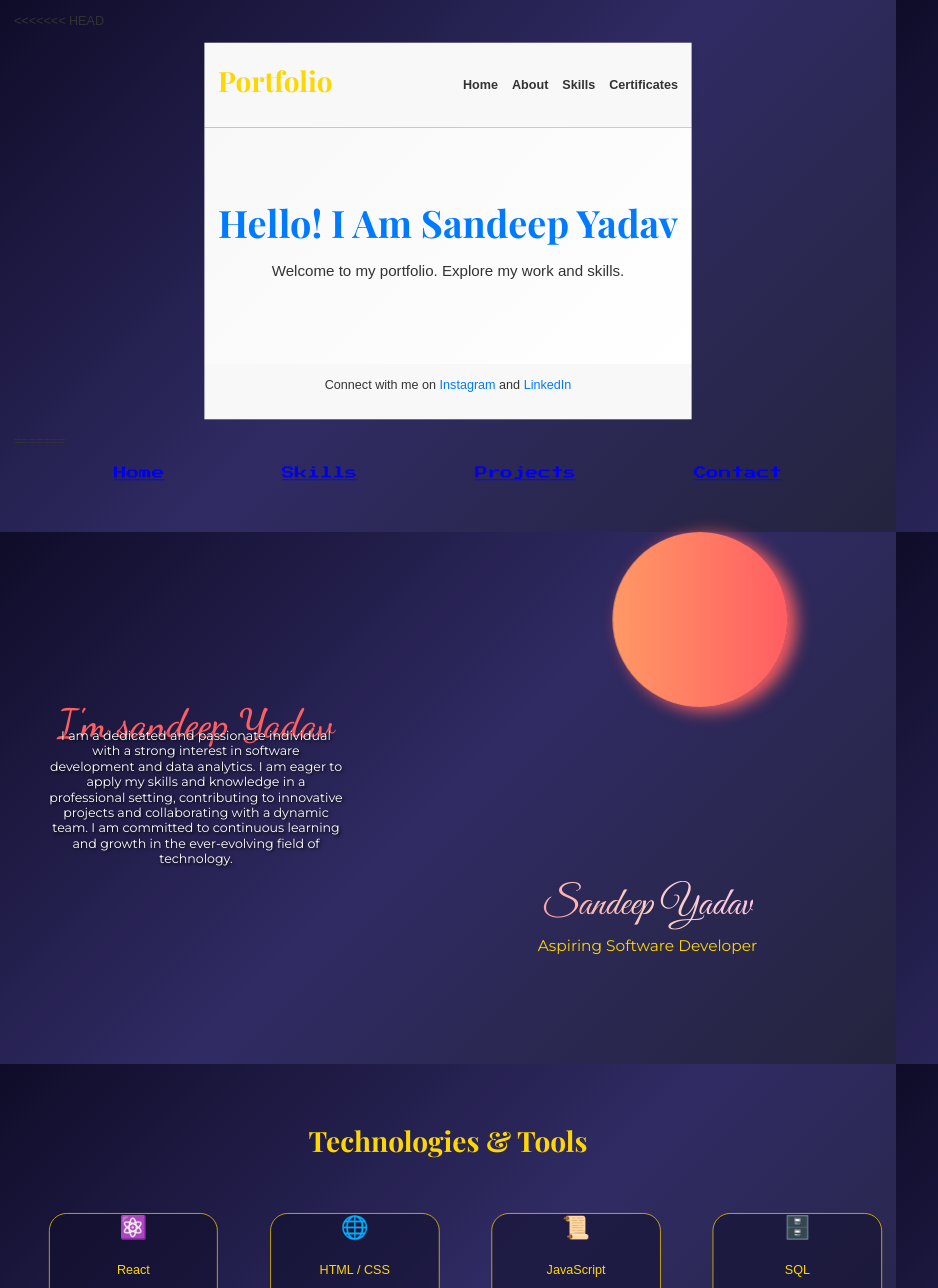
Repository: SandeepYadav18717/Sandeep_portfolio
Page: /
The author's editor kept a copy of each file at every save. The page is drawn from the files as they stood at one save, then again after the next save.
The browser window is 1280 px wide. The page is 1340 px wide, then 1280 px, so the pictures cover 1340 px, including what lies to the right of the window. The pictures show the part of the page from y = 0 to 1840 px (the page is 4451 px tall before and 1725 px after), at 70% of full size.
The project was rebuilt for these pictures with package versions that can differ from the ones it lists, and the page was loaded fresh each time. Also part of the build but not shown: vite.config.js, src/index.css, src/App.css.

Above is the page before, as saved 2025-09-01 13:01:47.

### index.html
<<<<<<< HEAD
 <!DOCTYPE html>
<html lang="en">
<head>
    <meta charset="UTF-8">
    <meta name="viewport" content="width=device-width, initial-scale=1.0">
    <title>Portfolio - Sandeep Yadav</title>
    <style>
        body {
            margin: 0;
            font-family: 'Arial', sans-serif;
            background-color: #ffffff;
            color: #333333;
            height: 100vh;
            display: flex;
            flex-direction: column;
            justify-content: space-between;
        }

        .container {
            max-width: 1200px;
            margin: 0 auto;
            padding: 20px;
            flex: 1;
        }

        .navbar {
            display: flex;
            justify-content: space-between;
            align-items: center;
            padding: 20px;
            background-color: #f8f8f8;
            box-shadow: 0 4px 8px rgba(0, 0, 0, 0.1);
            animation: slideIn 1s ease-out;
        }

        .navbar ul {
            list-style: none;
            display: flex;
            gap: 20px;
        }

        .navbar ul li {
            display: inline;
        }

        .navbar ul li a {
            color: #333333;
            text-decoration: none;
            font-weight: bold;
            transition: color 0.3s;
        }

        .navbar ul li a:hover {
            color: #007bff;
        }

        .hero {
            text-align: center;
            padding: 100px 20px;
            background: linear-gradient(135deg, #f8f8f8, #ffffff);
            animation: fadeIn 2s ease-in-out;
            flex: 1;
        }

        .hero h1 {
            font-size: 3em;
            margin: 0;
            color: #007bff;
            animation: bounceIn 1.5s ease-in-out;
        }

        .hero p {
            font-size: 1.2em;
            margin: 20px 0;
            color: #333333;
            animation: fadeIn 2s ease-in-out;
        }

        .hero a {
            display: inline-block;
            padding: 10px 20px;
            color: #ffffff;
            background-color: #007bff;
            text-decoration: none;
            border-radius: 5px;
            transition: background-color 0.3s;
            animation: fadeIn 2s ease-in-out;
        }

        .hero a:hover {
            background-color: #0056b3;
        }

        .footer {
            text-align: center;
            padding: 20px;
            background-color: #f8f8f8;
            animation: slideIn 1s ease-out;
        }

        .footer a {
            color: #007bff;
            text-decoration: none;
        }

        @keyframes slideIn {
            from {
                transform: translateY(-100%);
                opacity: 0;
            }
            to {
                transform: translateY(0);
                opacity: 1;
            }
        }

        @keyframes fadeIn {
            from {
                opacity: 0;
            }
            to {
                opacity: 1;
            }
        }

        @keyframes bounceIn {
            0%, 20%, 40%, 60%, 80%, 100% {
                transform: translateY(0);
            }
            50% {
                transform: translateY(-20px);
            }
        }
    </style>
</head>
<body>
    <div class="container">
        <nav class="navbar">
            <div class="logo">
                <h1>Portfolio</h1>
            </div>
            <ul>
                <li><a href="index.html">Home</a></li>
                <li><a href="about sandeep.html">About</a></li>
                <li><a href="Sandeep port experience.html">Skills</a></li>
                <li><a href="Sandeep port certifications.html">Certificates</a></li>
            </ul>
        </nav>

        <section class="hero" id="home">
            <h1>Hello! I Am Sandeep Yadav</h1>
            <p>Welcome to my portfolio. Explore my work and skills.</p>

        </section>

        <footer class="footer">
            <p>Connect with me on <a href="https://instagram.com/sandeepyadav782707?utm_source=qr&igshid=ZDc4ODBmNjlmNQ%3D%3D">Instagram</a> and <a href="https://www.linkedin.com/in/sandeep-yadav-0b6357210">LinkedIn</a></p>
        </footer>
    </div>
</body>
</html>
=======
<!doctype html>
<html lang="en">
  <head>
    <meta charset="UTF-8" />
    <link rel="icon" type="image/svg+xml" href="/vite.svg" />
    <meta name="viewport" content="width=device-width, initial-scale=1.0" />
    <title>Vite + React</title>
  </head>
  <body>
    <div id="root"></div>
    <script type="module" src="/src/main.jsx"></script>
  </body>
</html>
>>>>>>> 4fd1c6c (Initial upload of React portfolio project)

### src/App.jsx
import { useState } from 'react'
import reactLogo from './assets/react.svg'
import viteLogo from '/vite.svg'
import './App.css'
import Navbar from './navbar/Navbar'
import Home from './Pages/Index.jsx'
import Cards, { Card } from './Cards/Cards.jsx'
import Skills from './Pages/Skills.jsx'
import Cert from './Certifitae/Certi.jsx'
import Contact from './Contact/contact.jsx'







function App() {

  return (
    <>
    <Navbar/>
    <Home/>
    <Skills/><br/><br/><br/><br/><br/><br/><br/><br/><br/><br/><br/><br/>
    <Cards/><br/><br/><br/><br/><br/><br/><br/><br/><br/><br/><br/><br/><br/><br/><br/>
    <Cert/><br/><br/><br/><br/><br/><br/><br/><br/><br/><br/><br/><br/>
    <Contact/>







    </>
  )
}

export default App

### src/Navbar/Navbar.jsx
import "./Navabr.css";



import { useState,useEffect } from 'react'
function Navbar() {
  const [loaded, setLoaded] = useState(false);

  useEffect(() => {
    // Trigger animation when component mounts
    setLoaded(true);
  }, []);
  function About(){
    location.href = 'Home.jsx';
    console.log("clickedded");
  }
  function Project(){
    location.href = 'Cards.jsx';
    console.log("clicked");
  }

    return (
        <div id="container">
      <a className="nav-item" href="./pages/Index.jsx">Home</a>

      <a className="nav-item" href=".Pages/Skill.jsx">Skills</a>
      <a className="nav-item" href="./Cards/Cards.jsx">Projects</a>
      <a className="nav-item" href="#contact">Contact</a>
        </div>
    )
}

export default Navbar;

### src/Pages/Index.jsx

import "./Home.css";

function Home() {
  return (
    <>

     <div id="detail">
     <div id="overlay">I'm sandeep Yadav</div>
     <div id="bg-Photo"></div>
     <div id="intro">
          I am a dedicated and passionate individual with a strong interest in
          software development and data analytics. I am eager to apply my skills
          and knowledge in a professional setting, contributing to innovative
          projects and collaborating with a dynamic team. I am committed to
          continuous learning and growth in the ever-evolving field of
          technology.
        </div>


   <div id="name">
          Sandeep Yadav
        </div>
   <div id="role">
          Aspiring Software Developer
        </div>

     </div>
     <br/><br/><br/><br/><br/>
    </>
  );
}

export default Home;

### src/Cards/Cards.jsx
import "./Card.css";

function Card(props) {
  return (
    <div className={props.className}>
       {/* //<div className="card-1"> </div> */}
      <div className={props.backClass}>
        {/* //<div className="Back"> </div> */}
        <h3>{props.title}{props.icon}</h3>
          {/* title="Machine Learning Project" */}
        <p>{props.description}</p>
      </div>
    </div>
  );
}

function Cards() {
  return (
    <div>
    <text

        style={{

          color: "#FFD700",
        fontFamily: 'Cinzel',
          textAlign: "center",
          fontSize: "40px",
          marginTop: "25%",
          marginLeft:"40%"
        }}
      >
        Projects Describe
      </text>

      <div id="card-contain">
        {/* Card-1 */}
        <Card
        className="card-1"
        backClass="Back"
        title="A.I Based Project"
        description="Developed a back-end system using Python and pandas to automatically send
          tailored mass emails to more than 1000 recipients. Developed a user-friendly
          front-end   , CSS, and JavaScript, enabling users to upload
          files and extract over 100 email addresses. Successfully implemented logic to
          dynamically populate email templates, reducing 20% manual effort."
        />

        {/* Card-2 */}
        <Card
          className="card-2"
          backClass="Back-X"
          title="Machine Learning Based"
          description="Created a Supervised Learning model for Behavioral Pattern Recognition to
          effectively arrange and distribute time for more than 15 user tasks. 10% more
          user productivity and time savings were achieved through suggested performance
          enhancements and intelligent time allocation using HTML, CSS, JavaScript, and ML."
        />

        {/* Card-3 */}
        <Card
          className="card-3"
          backClass="Back"
          title="Book Writing Project"
          description="Co-authoring a technical book on Machine Learning (ML) concepts and applications with 1+ one or more faculty members.
 Using real-world examples in Python, I have written and organized more than 5 chapters on the basics of supervised learning techniques, such as linear regression.
"
        />

        {/* Card-4 */}
        <Card
          className="card-4"
          backClass="Back-X"
          title="Behavioral Pattern Recognition"
          description="Created a Supervised Learning model for Behavioral Pattern Recognition to
          effectively..."
        />
      </div>
    </div>
  );
}
export { Card };
export default Cards;

### src/Pages/Skills.jsx
import { Card } from "../Cards/Cards"
import "./Skills.css"

function Skills() {
  return (
    <>
      <h1> Technologies & Tools</h1>
      <div id="card-skill">
        <Card
          className="card-skill-1"
          title={<h3>⚛️</h3>}
          description="React"
        />
        <Card
          className="card-skill-2"
          title={<h3>🌐</h3>}
          description="HTML / CSS"
        />
        <Card
          className="card-skill-3"
          title={<h3>📜</h3>}
          description="JavaScript"
        />
        <Card
          className="card-skill-4"
          title={<h3>🗄️</h3>}
          description="SQL"
        />
      </div>

      {/* another div line 2 */}
      <div id="card-skill">
        <Card
          className="card-skill-1"
          title={<h3>🐼</h3>}
          description="Pandas"
        />
        <Card
          className="card-skill-2"
          title={<h3>🐍</h3>}
          description="Python"
        />
        <Card
          className="card-skill-3"
          title={<h3>🐙</h3>}
          description="github"
        />
        <Card
          className="card-skill-4"
          title={<h3>🛠️</h3>}
          description="Tools"
        />
      </div>
    </>
  )
}

export default Skills;

### src/Certifitae/Certi.jsx
import { Card } from "../Cards/Cards";
import "./certi.css";
import python from "./python.png";
import Html from "./Html.jpg";
import image from "./image_cd97ae3d-5304-4b07-9a13-3357f6d9babd20230831_163952.jpg";
import go from "./Googleanalytics.jpg";

function Cert() {
  return (
    <div>
      <h1> Certifications & Achievements</h1>

      <div id="card-skills">
        <ul>
          <img src={python} alt="python" />

          <img src={Html} alt="" />

          <img src={go} />

        </ul>
      </div>


    </div>
  );
}

export default Cert;

### src/Contact/contact.jsx
import { useState } from "react";
import "./contact.css";

function Contact() {
  const [name, setName] = useState("");
  const [Email, setEmail] = useState("");
  const [phone, setPhone] = useState("");
  function on(event){
    setName(event.target.value)

  }
   function email(event){
    setEmail(event.target.value)

  }
   function Phone(event){
    setPhone(event.target.value)

  }


  return (
    <>
    <div id="heading">Get in <span style={{color:"gold"}}>Touch</span> With Us
</div>
<br />
<div id="value">
      <input
        type="text"
        onChange={on}

        placeholder="Enter your name"
        className="input-box"
      /><br />
      {name}

      <br />

      <input
      className="input-box"
        type="email"
        onChange={email}
        placeholder="Enter your Email"
      /><br />
     Email is: {Email}
<br />
       <input
       className="input-box"
        type="Phone"
        onChange={Phone}

        placeholder="Enter your Phone number"
      />
      <br />
      Mobile No:{phone}
      <br />
    <br />

  <button >submit</button>
    </div>
    </>
  );
}


export default Contact;

### src/Navbar/Navabr.css
@import url('https://fonts.googleapis.com/css2?family=Press+Start+2P&display=swap');

#container {
    height: 70px;
    width: 100%;
    display: flex;
    justify-content: space-evenly;
    align-items: center;
    font-family: 'Press Start 2P', cursive;
    color: #4e3940;
    background-color: transparent;
    transition: all 0.2s ease-in-out;
}
#container

.nav-item {
    padding: 10px 25px;
    border-radius: 10px;


    transition: all 0.4s ease;
}

#container .nav-item:hover {
    text-shadow: 2px 2px 5px whitesmoke;
    box-shadow: 0 10px 20px rgba(0,0,0,0.5);
    transform: translateY(-10px) scale(1.1);
    background-color:  #4e3940;
    color: whitesmoke;
    cursor: pointer;
}

body{
    background: linear-gradient(135deg,black);
    height: 100vh;
}

### src/Pages/Home.css
@import url('https://fonts.googleapis.com/css2?family=Great+Vibes&display=swap');
@import url("https://fonts.googleapis.com/css2?family=Dancing+Script:wght@600&display=swap");

#detail {
  position: relative;
  margin-top: 0%;
  height: auto;
  padding: 50px;
  display: flex;
  flex-direction: column;
  align-items: center;
}

#bg-Photo {
  height: 250px;
  width: 250px;
  background: linear-gradient(to right, #ff9966, #ff5e62);
  border-radius: 50%;
  margin-bottom: 30px;
  margin-left: 100vh;
  box-shadow: 12px 5px 25px #ff5e62;
  animation: photoSlide 1.5s ease forwards;
}

@keyframes photoSlide {
  from {
    transform: translateY(-200%);
    opacity: 0;
  }
  to {
    transform: translateY(0);
    opacity: 1;
  }
}


#name {
  font-family: 'Montserrat', sans-serif;
  font-size: 30px;
  color: white;
  margin-bottom: 10px;
  margin-left: 50%;
  animation: nameSlide 1.5s ease forwards;
}

@keyframes nameSlide {
  from {
    transform: translateX(-100%);
    opacity: 0;
  }
  to {
    transform: translateX(0);
    opacity: 1;
  }
}


#role {
  font-family: 'Montserrat', sans-serif;
  font-size: 22px;
  color: #ffd700;
  margin-bottom: 20px;
  animation: roleSlide 1.5s ease forwards;
  margin-left: 50%;
}

@keyframes roleSlide {
  from {
    transform: translateX(100%);
    opacity: 0;
  }
  to {
    transform: translateX(0);
    opacity: 1;
  }
}


#intro {
  font-family: 'Montserrat', sans-serif;
  font-size: 18px;
  color: white;
  text-align: center;
  margin-right: 100vh;
  max-width: 100vh;
  text-shadow: 2px 2px 5px black;
  animation: introSlide 2s ease forwards;
  opacity: 0;
}

@keyframes introSlide {
  from {
    transform: translateY(200%);
    opacity: 0;
  }
  to {
    transform: translateY(0);
    opacity: 1;
  }
}
#overlay {
  position: absolute;
  color:  #ff5e62;
  top: 40%;
  left: 5%;
  font-size: 400%;
  height: 100%;
}

#name {
  font-family: 'Great Vibes', cursive;
  font-size: 3.5rem;
  text-align: center;
  margin-top: 20px;


  background: linear-gradient(45deg, #ff9a9e, #fad0c4, #fbc2eb);
  background-clip: text;
  -webkit-text-fill-color: transparent;
}
#overlay{
   font-family:  'Dancing Script', cursive;
  font-size: 3.5rem;
  text-align: center;


}

### src/Cards/Card.css
@import url('https://fonts.googleapis.com/css2?family=Montserrat:wght@400;700&display=swap');
@import url('https://fonts.googleapis.com/css2?family=Cinzel:wght@600&display=swap');

.aesthetic-heading {
  font-family: 'Cinzel', serif;
  font-size: 65px;
  letter-spacing: 4px;
  color: #e0c097;
  text-align: center;
  margin-top: 50px;
  text-shadow: 2px 2px 15px rgba(224, 192, 151, 0.6);
}

#card-contain{
    display: flex;

    height:250px;
    margin-top: 10%;
    justify-content: center;
    border-radius: 25px;
    gap:4%



}


.Back {
  background: linear-gradient(135deg, #3a1c71, #d76d77, #ffaf7b);
  height: 250px;
  width: 250px;
  border-radius: 25px 80px 25px  80px;
  border: 3px double gold;
   margin-left: 0px;
   padding-left: 20px;
   padding-top: 20px;
  transition: transform 0s ease;
  box-shadow: 5px 10px 18px 5px black ;
  animation: card 1s ease-in-out 0s;

}
@keyframes card {
  0%{
    transform: scale(0.5);
    opacity: 0;


  }


  100%{
    transform: scale(1);
    opacity: 200;
  }

}

.Back:hover {
 transform: rotateY(180deg);
 height:400px;
 color: wheat;
  background: linear-gradient(135deg, #0f0c29, #302b63, #24243e);
  border: 3px solid gold;
  box-shadow: 5px 10px 18px  crimson;
  font-family:'Montserrat' ;
}

.Back-X {
  background: linear-gradient(-135deg, #3a1c71, #d76d77, #ffaf7b);
  height: 250px;
  width: 250px;
  padding-left: 20px;
  padding-top: 50px;
  border-radius: 50px;
   margin-left: 0px;
  transition: transform 0s ease;
  box-shadow: 5px 10px 18px 10px black;


}
.Back-X:hover {
  transform: rotateX(180deg);
 height:400px;
 padding-top: 20px;
 color: wheat;
  background: linear-gradient(135deg, #0f0c29, #302b63, #24243e);
  border: 3px solid gold;
  box-shadow: 5px 10px 18px  crimson;
  font-family:'Montserrat' ;



}

.card-1,.card-3  {
  border-radius: 25px;
  height: 250px;
   margin-left: 40px;
  color: transparent;
  transition: transform 1s ease;


}
.card-1:hover {
  transform: rotateY(180deg);


}


.card-2,.card-4 {

  height: 450px;
  width: 250px;
  border-radius: 25px;
   margin-left: 40px;
  transition: transform 1s ease;
  color: transparent;

}

.card-2:hover {
  transform: rotatex(180deg);

}


.card-3:hover {
  transform: rotateY(180deg);
   color: wheat;
}

.card-4:hover {
  transform: rotateX(180deg);

}
body{
 background: linear-gradient(135deg, #0f0c29, #302b63, #24243e);
            color: #f8f8f8;
            min-height: 100vh;
            padding: 20px;
}
h3{
  color: yellow;
  font-size: xx-large;
  margin-top:0% ;
}
h3:hover{
  color: yellow;

  margin-top:0% ;
}
p{
  margin-top: 0%;
}

### src/Pages/Skills.css
@import url("https://fonts.googleapis.com/css2?family=Monoton&display=swap");


h1 {
  text-align: center;
  color: gold;

  margin-top: 20px;
  font-size: 250%;
  margin-top: 5%;
  font-family: 'Bebas Neue';
}
#card-skill {
  height: 200px;
  display: flex;

  align-items: center;
  gap:2%;
  border-radius: 20px;
  color: white;
  width:100%




}
.card-skill-1,.card-skill-2,.card-skill-3,.card-skill-4{
    background-color:  rgba(15, 12, 41, 0.7);
    border: 1px solid gold;
    height:145px;
    width:250px;
    background: rgba(15, 12, 41, 0.5);
    border-radius: 25px;
    margin-left: 4%;
    margin-top: 5%;
    text-align: center;
    color: #ffd700


 ;


}
.card-skill-1:hover,.card-skill-2:hover,.card-skill-3:hover,.card-skill-4:hover,.card-skill.h3:hover{
    border-color: #ffd700;
    box-shadow: 10px 15px 15px rgba(255, 215, 0, 0.2),  0 2.5px 5px crimson;
    transform: scale(1.3);
    border:2px, double ,gold;

}
.card-skill.h3 {
  color: yellow;
  background: transparent;
  display: inline-block;
  font-size: 20px;
  transition: transform 0.3s ease, color 0.3s ease;
  height: 35px;
  width:250px;
}

### src/Certifitae/certi.css
@import url('https://fonts.googleapis.com/css2?family=Playfair+Display:wght@400;700&display=swap');

h1 {
  font-family: 'Playfair Display', serif;
  font-size: 2.5rem;     /* bada heading */
  text-align: center;    /* beech me laane ke liye */
  margin-bottom: 20px;
  color: gold;           /* classy golden heading */
}
#card-skills{
    border:4px solid gold;
     height: 500px;
  display: flex;
  margin-left: 5%;
  align-items: center;
  gap:2%;
  border-radius: 20px;
  color: white;
  width:90%;
  background: linear-gradient(135deg, rgba(15, 12, 41, 0.8), rgba(48, 43, 99, 0.8));
 padding: 0px;
            margin-top: 50px;
            border: 2px solid rgba(255, 215, 0, 0.3);
        }
/* .card1,.card2,.card3,.card4{
                background: rgba(255, 255, 255, 0.1);
            border-radius: 10px;
            padding: 15px;
            width: 280px;
            height:100px;
            margin-left: 15px;
            transition: all 0.3s ease;
        }
        .card3{
            margin-top: 25%;
        }
        .card2{
            margin-left: 25%;
        }


.card1:hover,.card2:hover,.card3:hover,.card4:hover,.card-skill.h3:hover{



  transform: translateY(-5px);
            box-shadow: 0 10px 20px rgba(0, 0, 0, 0.3);
} */
img  {
      background: rgba(255, 255, 255, 0.1);
            border-radius: 10px;
            padding: 15px;
            width: 350px;
            height:250px;
            margin-left: 15px;
            transition: all 0.3s ease;
}
img:hover{
     transform: translateY(-5px);
            box-shadow: 0 10px 20px rgba(0, 0, 0, 0.3);
}

### src/Contact/contact.css
body{
    background-color: azure;
    color: aqua;
    font-size: large;
}
.input-box {
             display: inline-flex;
            align-items: center;
            gap: 15px;
            margin-top: 2%;
            padding: 18px 40px;
            background: linear-gradient(135deg, var(--gold) 0%, #B8860B 100%);
            color: var(--dark);
            border: none;
            font-weight: 600;
            border-radius: 2px;
            transition: var(--transition);
            box-shadow: 0 10px 30px rgba(212, 175, 55, 0.3);
            cursor: pointer;



}
@keyframes input {
   25% {
    transform: translateY(-1225px);
  }
  50% {
    transform: translateZ(100px) translateY(100px);
  }
  75% {
    transform: translateZ(1225px);
  }
}


.input-box:focus {
  border-color: #007bff;
  box-shadow: -4px 15px 25px rgba(240, 241, 243, 0.5);
  width: 500px;

}
button{
    display: inline-flex;
            align-items: center;

            gap: 15px;
            padding: 18px 40px;
            background: linear-gradient(to right, #ff9966, #ff5e62);
            color: Gold;
            border: yellow;
            font-weight: 600;
            border-radius: 2px;
            transition: var(--transition);
            box-shadow: 0 10px 30px rgba(212, 175, 55, 0.3);
            cursor: pointer;
}
button:hover{
     transform: translateY(-3px);
            box-shadow: 0 15px 40px rgba(212, 175, 55, 0.4);
}
#heading{
    font-size: xxx-large;
    color:  #f9dcdc;
    text-shadow: 1px 1px 4px  gold;
    text-align: center;
}

Loaded but not shown: src/main.jsx (common file); src/index.css (no copy from this time; the picture is the same without it)

After the next save:
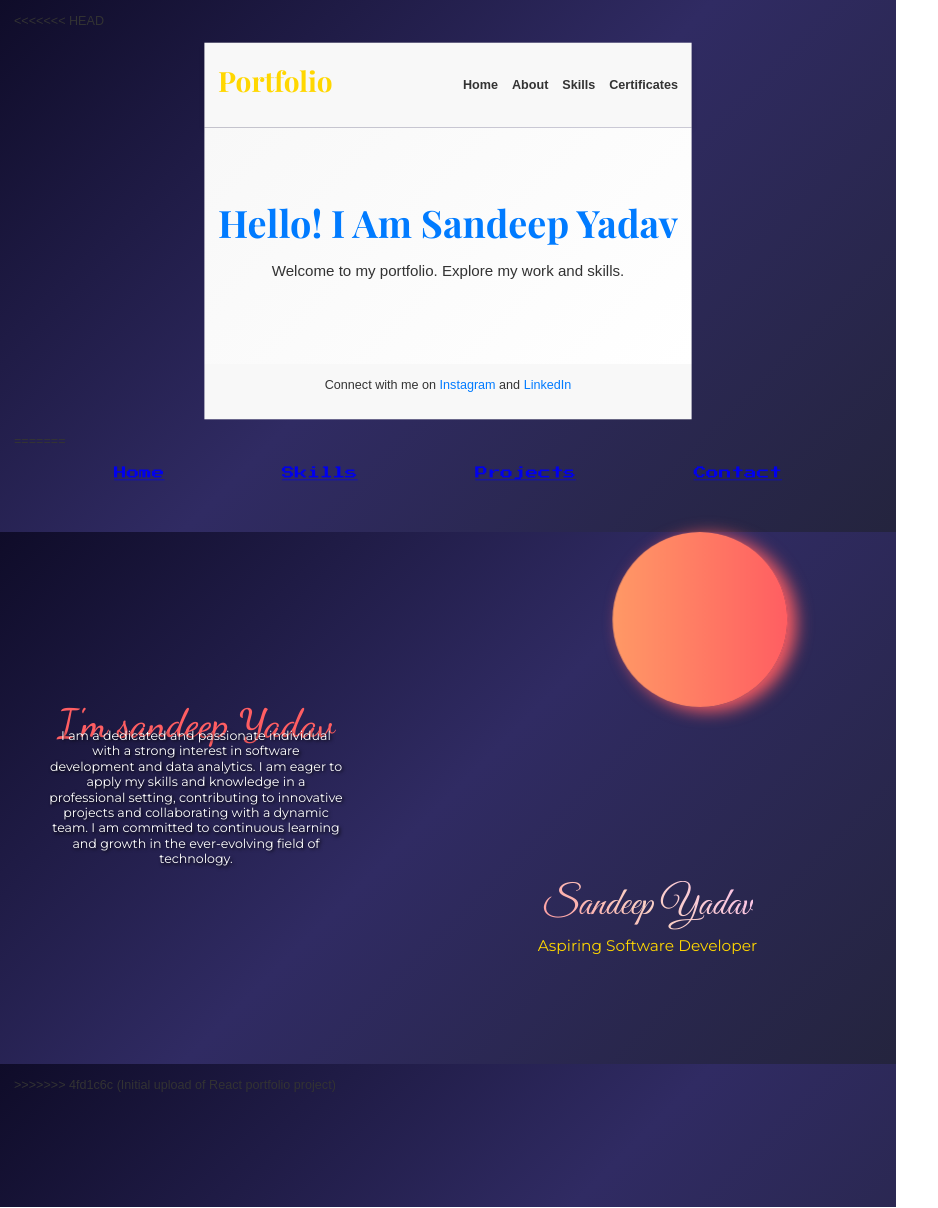
Saved 71 s later.
--- a/src/App.jsx
+++ b/src/App.jsx
@@ -21,10 +21,7 @@ function App() {
     <>
     <Navbar/>
     <Home/>
-    <Skills/><br/><br/><br/><br/><br/><br/><br/><br/><br/><br/><br/><br/>
-    <Cards/><br/><br/><br/><br/><br/><br/><br/><br/><br/><br/><br/><br/><br/><br/><br/>
-    <Cert/><br/><br/><br/><br/><br/><br/><br/><br/><br/><br/><br/><br/>
-    <Contact/>
+
 
 
 
